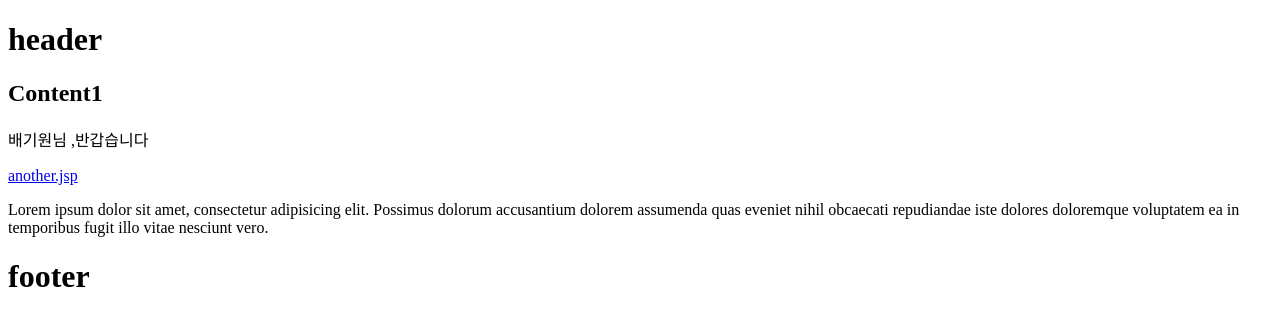
Repository: rlwi440/KH-Backend
Page: http://localhost/01_helloweb/jsp/include.jsp
An editor plug-in stored every save of this project. The page is shown before and after a run of saves, followed by the edit.
The browser window is 1280 px wide. The pictures show the whole page.
The page is served by Tomcat 9. Other server files are loaded and not shown.

Above is the page before, as saved 2021-03-24 12:33:46.

### Web_server/web_server_Workspace/01_helloweb/WebContent/jsp/include.jsp
<%@ page language="java" contentType="text/html; charset=UTF-8"
    pageEncoding="UTF-8"%>
<%@ include file="/jsp/header.jsp" %>

		<h1>Content1</h1>
		<p><%=name %>님 ,반갑습니다</p>
		<a href="/web/jsp/another.jsp">another.jsp</a>
		<p>Lorem ipsum dolor sit amet, consectetur adipisicing elit. Possimus dolorum accusantium dolorem assumenda quas eveniet nihil obcaecati repudiandae iste dolores doloremque voluptatem ea in temporibus fugit illo vitae nesciunt vero.</p>

<%@ include file="/jsp/footer.jsp" %>

### Web_server/web_server_Workspace/01_helloweb/WebContent/jsp/header.jsp
<%@ page language="java" contentType="text/html; charset=UTF-8"
    pageEncoding="UTF-8"%>
    <%
	String name = "배기원";
%>
    <!--header.jsp시작  -->
<!DOCTYPE html>
<html>
<head>
<meta charset="UTF-8">
<title>JSP </title>
<script src="http://code.jquery.com/jquery-latest.js"></script>
</head>
<body>
	<header>
	<h1>header</h1>
	</header>
	<section>
<!--header.jsp끝  -->

### Web_server/web_server_Workspace/01_helloweb/WebContent/jsp/footer.jsp
<%@ page language="java" contentType="text/html; charset=UTF-8"
    pageEncoding="UTF-8"%>
  <!--  header.jsp  시작-->
</section>
	<footer>
		<h1>footer</h1>
	</footer>
</body>
</html>
<!--  header.jsp  끝-->

After the next 2 saves:
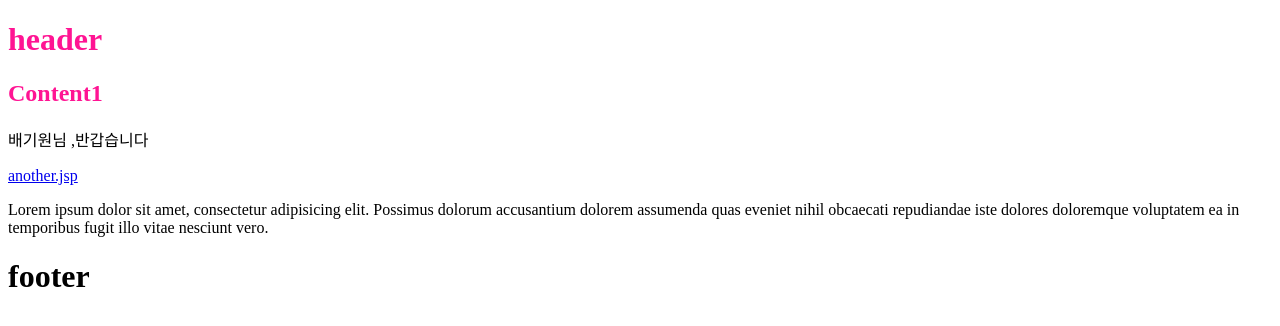
The 2 saves are shown as one change because they came seconds apart.
The last was saved 87 s later.
--- a/Web_server/web_server_Workspace/01_helloweb/WebContent/jsp/include.jsp
+++ b/Web_server/web_server_Workspace/01_helloweb/WebContent/jsp/include.jsp
@@ -6,5 +6,8 @@
 		<p><%=name %>님 ,반갑습니다</p>
 		<a href="/web/jsp/another.jsp">another.jsp</a>
 		<p>Lorem ipsum dolor sit amet, consectetur adipisicing elit. Possimus dolorum accusantium dolorem assumenda quas eveniet nihil obcaecati repudiandae iste dolores doloremque voluptatem ea in temporibus fugit illo vitae nesciunt vero.</p>
+		<script>
+		$("h1").css("color","deeppink");
+		</script>
 
 <%@ include file="/jsp/footer.jsp" %>
